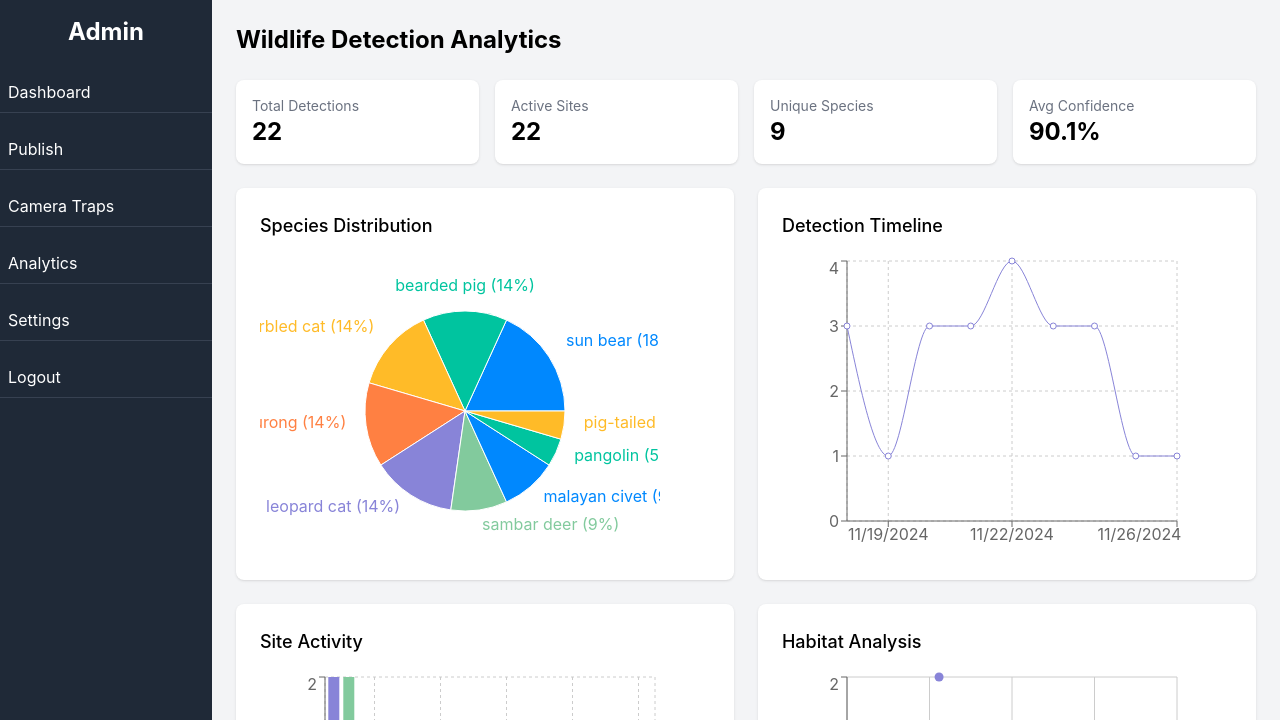
Repository: DominicMathew240/wildlife
Page: /pages/admin/dashboard/analytics
An editor plug-in stored every save of this project. The page is shown before and after the next save, followed by the edit.
The browser window is 1280 px wide. The pictures show the whole page.
An inner scrolling area shows only its first screen. Some web libraries are served in a nearby version. The project was rebuilt for these pictures with package versions that can differ from the ones it lists, and the page was loaded fresh each time. The framework's server and built-in components were replaced by stand-ins that run in the browser. Also part of the build but not shown: next.config.mjs.

Above is the page before, as saved 2024-11-25 23:58:54.

After the next save:
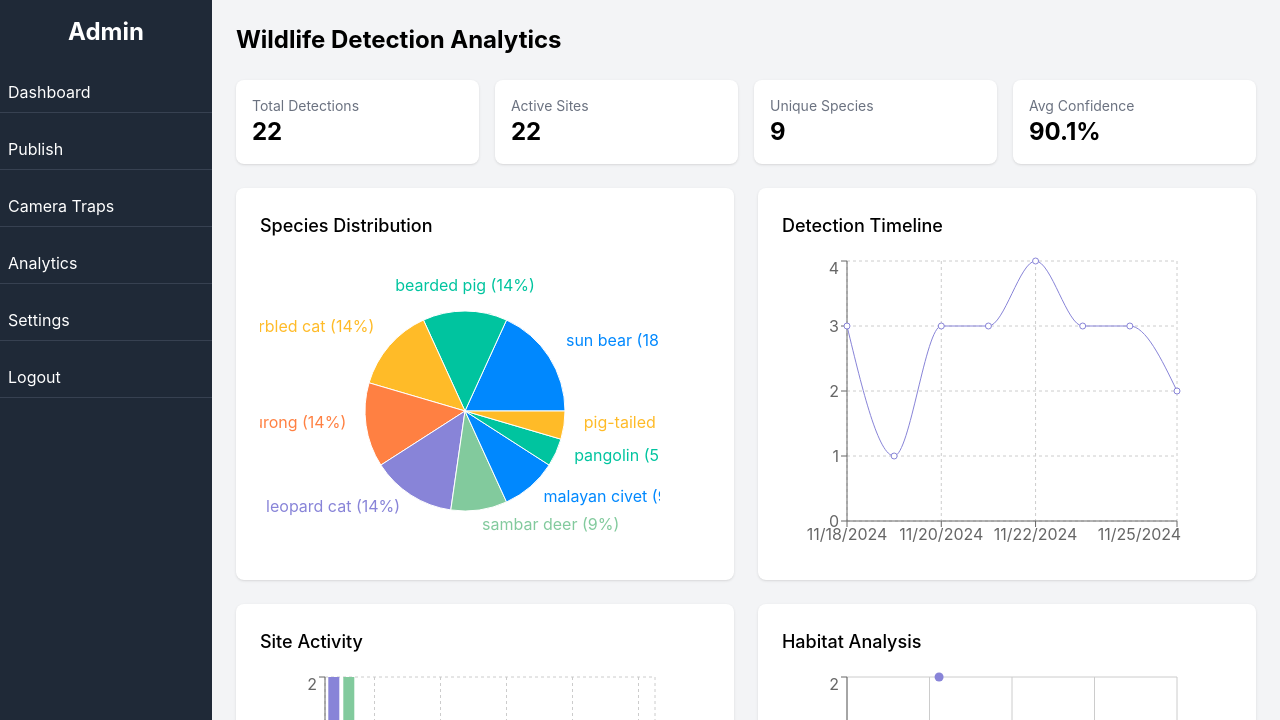
Saved 6 s later.
--- a/src/app/pages/admin/dashboard/analytics/page.js
+++ b/src/app/pages/admin/dashboard/analytics/page.js
@@ -29,7 +29,7 @@ export default function Analytics() {
     { site_id: '0006-B', species: 'malayan civet', confidence: 0.88, timestamp: '2024-11-19 07:20:47' },
     { site_id: '0006-C', species: 'sun bear', confidence: 0.91, timestamp: '2024-11-20 08:35:19' },
     { site_id: '0001-A', species: 'bearded pig', confidence: 0.89, timestamp: '2024-11-24 09:15:28' },
-    { site_id: '0001-B', species: 'binturong', confidence: 0.92, timestamp: '2024-11-26 10:23:45' },
+    { site_id: '0001-B', species: 'binturong', confidence: 0.92, timestamp: '2024-11-25 10:23:45' },
     { site_id: '0001-C', species: 'marbled cat', confidence: 0.90, timestamp: '2024-11-23 11:35:12' }
 ];
 
